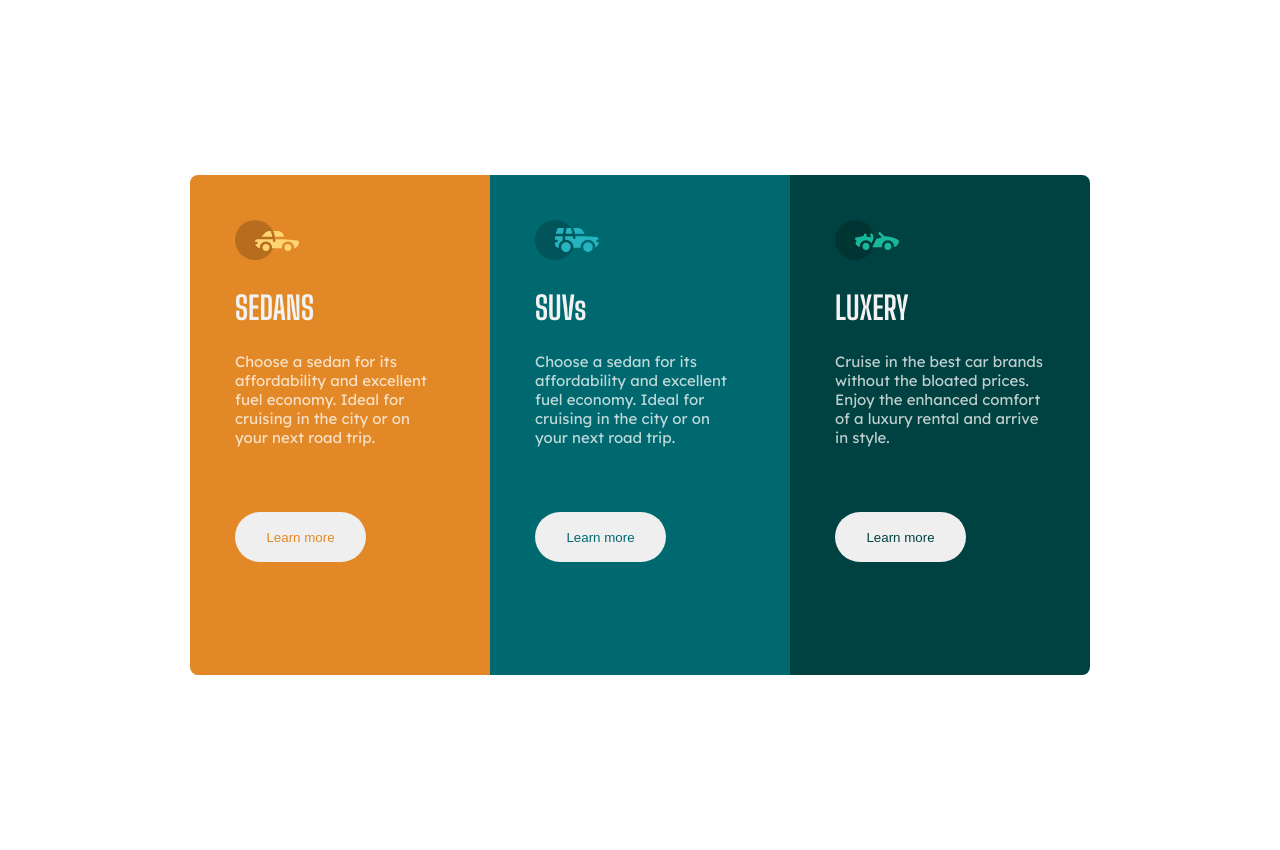
Repository: Toqa-25/3-cards-component
Page: index.html
An editor plug-in stored every save of this project. The page is shown before and after the next save, followed by the edit.
The browser window is 1280 px wide. The pictures show the whole page.

Above is the page before, as saved 2021-07-12 03:54:24.

### index.html
<!DOCTYPE html>
<html lang="en">
<head>
    <meta charset="UTF-8">
    <meta http-equiv="X-UA-Compatible" content="IE=edge">
    <meta name="viewport" content="width=device-width, initial-scale=1.0">
     <!-- css style file -->
     <link rel="stylesheet" href="css/style.css">
     <!-- fonts file -->
     <link rel="preconnect" href="https://fonts.googleapis.com">
        <link rel="preconnect" href="https://fonts.gstatic.com" crossorigin>
        <link href="https://fonts.googleapis.com/css2?family=Lexend+Deca&display=swap" rel="stylesheet">
        <link rel="preconnect" href="https://fonts.googleapis.com">
        <link rel="preconnect" href="https://fonts.gstatic.com" crossorigin>
        <link href="https://fonts.googleapis.com/css2?family=Big+Shoulders+Display:wght@700&display=swap" rel="stylesheet">
<!-- title  -->
    <title> 3 cards componanent</title>
</head>
<body>
    <div class="container" role="main">

        <div class="card">
            <img src="images/icon-sedans.svg" alt="">
            <h1>SEDANS</h1>
            <p>Choose a sedan for its affordability and excellent fuel economy. Ideal for cruising in the city
                or on your next road trip.</p>
                <button class="btn1">Learn more</button>
        </div>
        <div class="card">
            <img src="images/icon-suvs.svg" alt="">
            <h1>SUVs</h1>
            <p>Choose a sedan for its affordability and excellent fuel economy. Ideal for cruising in the city
                or on your next road trip.</p>
                <button class="btn2">Learn more</button>
        </div>
        <div class="card">
            <img src="images/icon-luxury.svg" alt="">
            <h1>LUXERY</h1>
            <p> Cruise in the best car brands without the bloated prices. Enjoy the enhanced comfort of a luxury
                rental and arrive in style.</p>
                <button class="btn3">Learn more</button>
        </div>
    </div>
</body>
</html>

### css/style.css
/* Root value */
:root{
    --Bright-orange: hsl(31, 77%, 52%);
    --Dark-cyan: hsl(184, 100%, 22%);
    --Very-dark-cyan: hsl(179, 100%, 13%);
    --Transparent-white-paragraphs: hsla(0, 0%, 100%, 0.75);
    --Very-light-gray-background-headings-buttons: hsl(0, 0%, 95%);
}

/* global value */
*{
    padding: 0;
    margin:0 ;
    box-sizing: border-box;
}
body{

}
.container{
    display: flex;
    justify-content: center;
    margin:175px auto;

    /* flex-wrap: wrap;
 */
}
/* style value */
@media (min-width:1440px){
    .container{
        width: 1440px;
        height: 800px;
        /* margin:175px 265px; */
        flex-direction: row;
    }
    /* button{

            background:transparent;
        color: var(--Very-light-gray-background-headings-buttons);
    } */

}
@media (max-width:400px){
    .container{
        width: 375px;
        flex-direction: column;

    }

}
.card{
    width: 300px;
    height: 500px;
    padding: 45px;

}
.card:first-of-type{
background-color: var(--Bright-orange);
border-top-left-radius: 8px;
border-bottom-left-radius: 8px;
}
.card:nth-of-type(2){
background-color: var(--Dark-cyan);
}
.card:last-of-type{
background-color: var(--Very-dark-cyan);
border-top-right-radius: 8px;
border-bottom-right-radius: 8px;
}
img{
    margin-bottom: 25px;
}
h1{
    font-family: 'Big Shoulders Display', cursive;
    color: var(--Very-light-gray-background-headings-buttons);
    margin-bottom: 25px;

}
p{
    font-family: 'Lexend Deca', sans-serif;
    color:var(--Transparent-white-paragraphs);
    margin-bottom: 65px;
    Font-size: 15px;
}
button{
    margin-bottom: 45px;
    padding: 10px;
    width: 131px;
    height: 50px;
    border-radius: 30px;
    border-color:var(--Very-light-gray-background-headings-buttons);

}
button{
    border: none;
}
.btn1{
    color:var(--Bright-orange);
}
.btn2{
    color: var(--Dark-cyan);
}
.btn3{
    color:var(--Very-dark-cyan);
}

/* button:first-of-type{
    background-color: transparent;
}
button:nth-of-type(2){
    background-color: var(--Dark-cyan);
}
button:last-of-type{
    background-color: var(--Very-dark-cyan);
} */

After the next save:
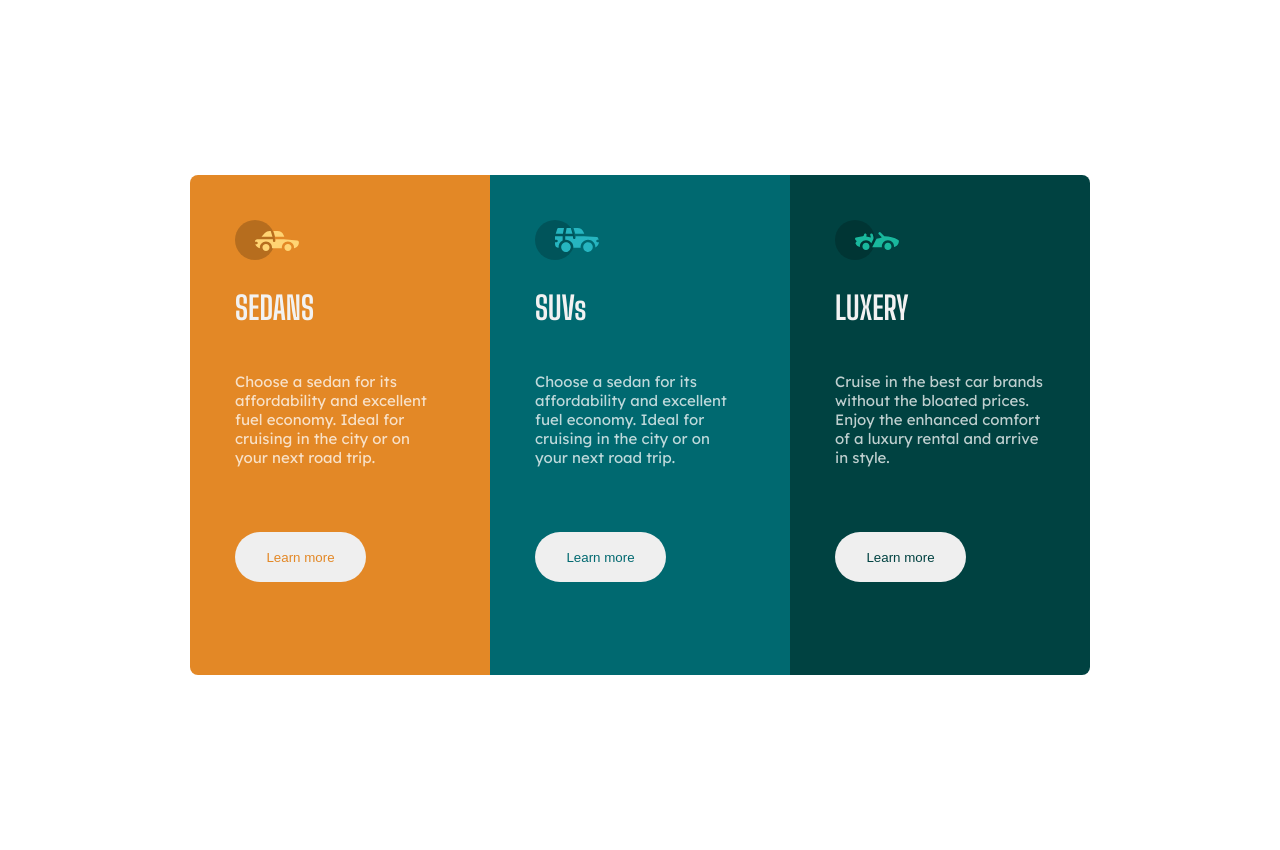
Saved 4 s later.
--- a/css/style.css
+++ b/css/style.css
@@ -72,7 +72,7 @@
 h1{
     font-family: 'Big Shoulders Display', cursive;
     color: var(--Very-light-gray-background-headings-buttons);
-    margin-bottom: 25px;
+    margin-bottom: 45px;
 
 }
 p{
